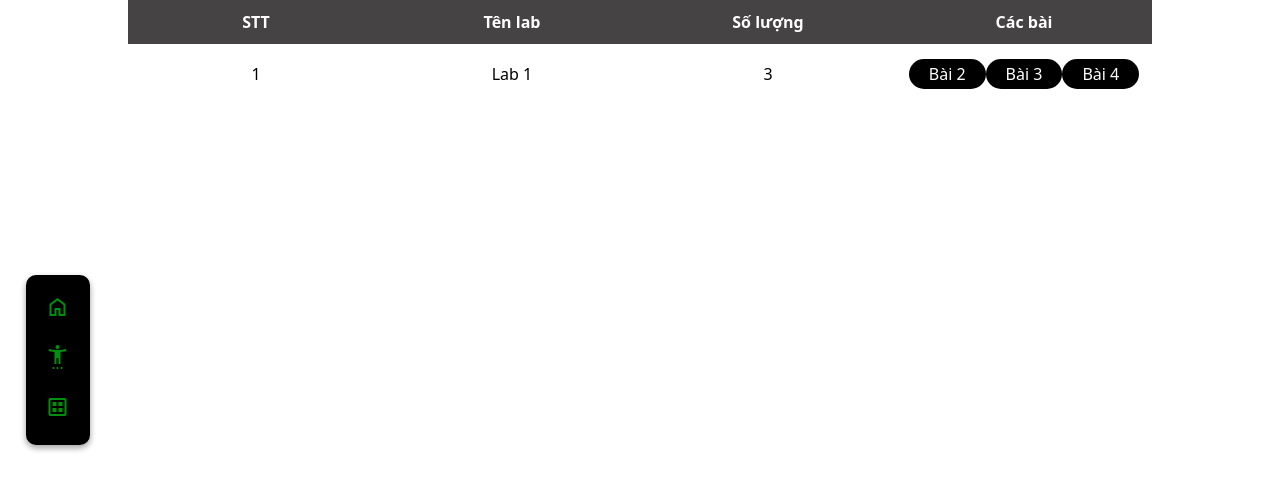
Repository: tuankiet10920/homeworkFEF
Page: /labs
The author's editor kept a copy of each file at every save. The page is drawn from the files as they stood at one save, then again after the next save.
The browser window is 1280 px wide. The pictures show the whole page.
The project was rebuilt for these pictures with package versions that can differ from the ones it lists, and the page was loaded fresh each time. Also part of the build but not shown: vite.config.js, src/components/HelloWorld.vue, src/Labs/Lab1/Bai2.vue, src/views/HomeView.vue.

Above is the page before, as saved 2024-10-22 18:25:54.

After the next save:
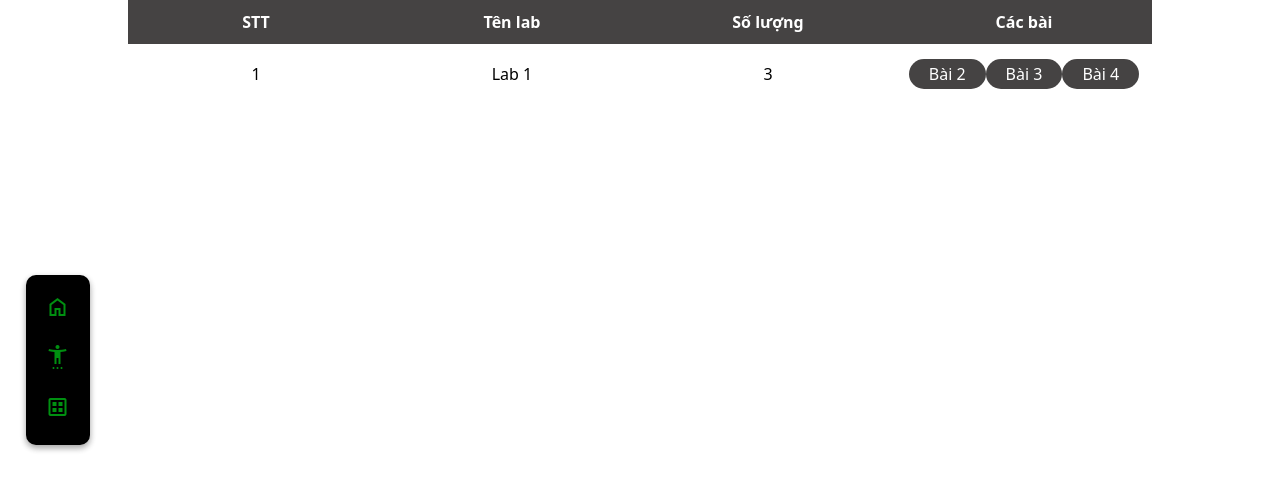
Saved 25 s later.
--- a/src/views/LabView.vue
+++ b/src/views/LabView.vue
@@ -72,7 +72,7 @@ button {
   padding: 3px 20px;
   border-radius: 20px;
   border: none;
-  background: #000;
+  background: #454343;
   color: #fff;
 }
 </style>
